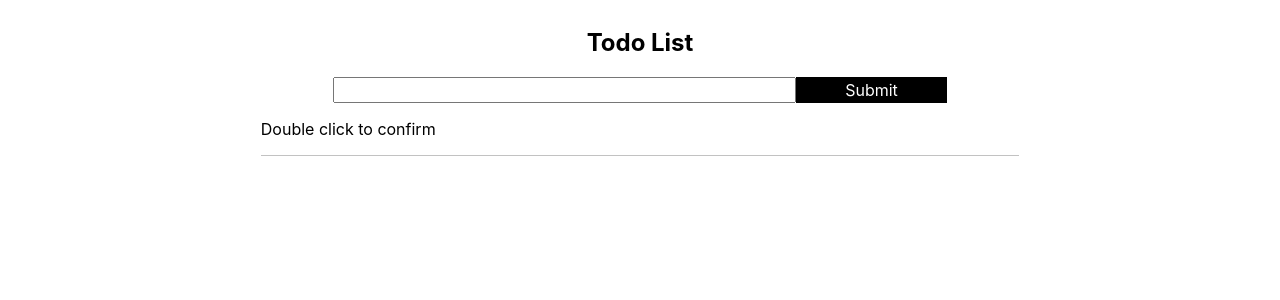
Repository: irenewuu/comp4130_checklist
Page: index.html
These files come from the project's save history. The page is drawn as it stood at one moment and after the next save; the edit follows.
The browser window is 1280 px wide. The pictures show the whole page.

Above is the page before, as saved 2022-01-12 15:19:03.

### index.html
<!DOCTYPE html>
<html lang="en">
  <head>
    <meta charset="UTF-8">
    <meta name="viewport" content="width=device-width, initial-scale=1.0">
    <link rel="stylesheet" href="style.css">
    <script src="index.js"></script>
    <title>Comp4130_Checklist</title>
  </head>
  <body>
    <div class="main">
      <!-- title area -->
      <div class="title">
      <h2>Todo List</h2>
      </div>
      <!-- input area -->
      <form class="input">
        <input type="text" class="text" id="myInput" onkeyup="13" >
        <span class="btn" onclick="newElement()">Submit</span>
      </form>
      <!-- homework checklist -->
      <div class="sortbox">
        <!-- <h4>Sort</h4>
        <img src="image/Iconly/Bold/sort.svg"> -->
        <p>Double click to confirm</p>
      </div>
      <ul id="NewList">

      </ul>
    </div>
  </body>
</html>

### style.css
.main {
  width: 100%;
  height: 100%;
  display: flex;
  flex-direction: column;
  justify-content: center;
  align-items: center;
  font-family: -apple-system, BlinkMacSystemFont, "Segoe UI", Roboto;
}
form > span {
  width: 60%;
  display: flex;
  justify-content: center;
  background: #000000;
  color: #fff;
  justify-content: center;
  align-items: center;
}
.input {
  width: 60%;
  display: flex;
  justify-content: center;
  border-radius: 50px;
}
.text {
  width: 60%;
  height: 20px;
}
.btn {
  width: 20%;
  height: 26px;
}
.sortbox {
  width: 60%;
  display: flex;
  flex-direction: row;
  border-bottom: 1px solid #c2c2c2;
}
.sortbox > img {
  margin: 10px;
}
ul {
  width: 60%;
  justify-content: center;
  margin: 0;
  padding: 0;
}
/* Style the list items */
ul li {
  cursor: pointer;
  position: relative;
  padding: 12px 8px 12px 40px;
  list-style-type: none;
  border-bottom: 1px solid #c2c2c2;
  font-size: 18px;
  transition: 0.2s;

  /* make the list items unselectable */
  -webkit-user-select: none;
  -moz-user-select: none;
  -ms-user-select: none;
  user-select: none;
}

ul li span {
  position: relative;
  right: 10px;
}

/* hover */
ul li:hover {
  background: #ddd;
}

/* When clicked on, add a background color and strike out text */
ul li.checked {
  background: #888;
  color: #fff;
  text-decoration: line-through;
}
/* Add a "checked" mark when clicked on */
ul li.checked::before {
  content: "";
  position: absolute;
  border-color: #fff;
  border-style: solid;
  border-width: 0 2px 2px 0;
  top: 10px;
  left: 16px;
  transform: rotate(45deg);
  height: 15px;
  width: 7px;
}
/* Style the close button */
.close {
  position: absolute;
  right: 0;
  top: 0;
  padding: 12px 16px 12px 16px;
}

.close:hover {
  background-color: #f72585;
}

@media only screen and (max-width: 600px) {
  .input {
    width: 60%;
    display: flex;
    justify-content: center;
  }
  .text {
    width: 65%;
    height: 20px;
  }
  .btn {
    width: 30%;
    height: 26px;
  }
}

### index.js
let data = [];

// // Create a "close" button and append it to each list item
var listItem = document.getElementsByTagName("li");

// Create a new list item when clicking on the "Add" button
function newElement() {
  console.log(data)
  var li = document.createElement("li");
  // li.className = "unchecked";
  var inputValue = document.getElementById("myInput").value;

  //putting input value in list
  var spanText = document.createTextNode(inputValue);
  var span = document.createElement("span");
  span.appendChild(spanText);
  li.appendChild(span);


  // delete img
  var bin = document.createElement("img");
  bin.src = "image/iconly/bold/delete.svg";
  bin.className = "close";
  li.appendChild(bin);

  if (inputValue === '') {
    alert("You must write something!");
    data.push()
  } else {
    document.getElementById("NewList").appendChild(li);
  }

  document.getElementById("myInput").value = "";

  // Click on a close button to hide the current list item
  // push object in array
  data.push({ value: inputValue })
  console.log(data)

  // Add a "checked" symbol when clicking on a list item
  // var list = document.querySelector('ul');
  // list.addEventListener('click', function(ev) {
  //   if (ev.target.tagName === 'LI') {
  //     // ev.target.tagName.className = "checked";
  //     ev.target.classList.toggle('checked');
  //   }
  // }, false);

  var close = document.getElementsByClassName("close");

    for (var i = 0; i < close.length; i++) {
      close[i].onclick = function () {

        data.splice(data[i], 1);
        console.log(data)

        // delete the item onclick
        var div = this.parentElement;
        div.remove(0,-1);
      }
    }


    for (var i = 0; i < listItem.length; i++) {
      listItem[i].onclick = function () {
       // Add a "checked" symbol when clicking on a list item
        var list = document.querySelector('ul');
        list.addEventListener('click', function(ev) {
        if (ev.target.tagName === 'LI') {
          ev.target.classList.toggle('checked');

        }

  }, false);
      }
    }
}

After the next save:
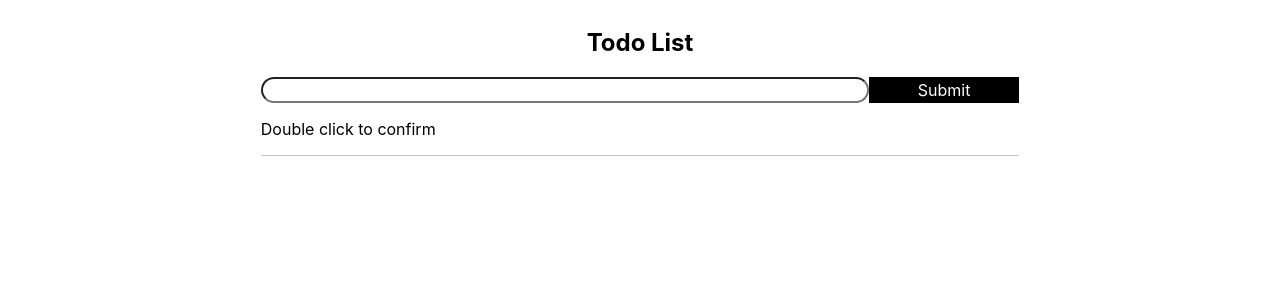
Saved 11 s later.
--- a/style.css
+++ b/style.css
@@ -20,11 +20,11 @@ form > span {
   width: 60%;
   display: flex;
   justify-content: center;
-  border-radius: 50px;
 }
 .text {
-  width: 60%;
+  width: 80%;
   height: 20px;
+  border-radius: 15px;
 }
 .btn {
   width: 20%;
